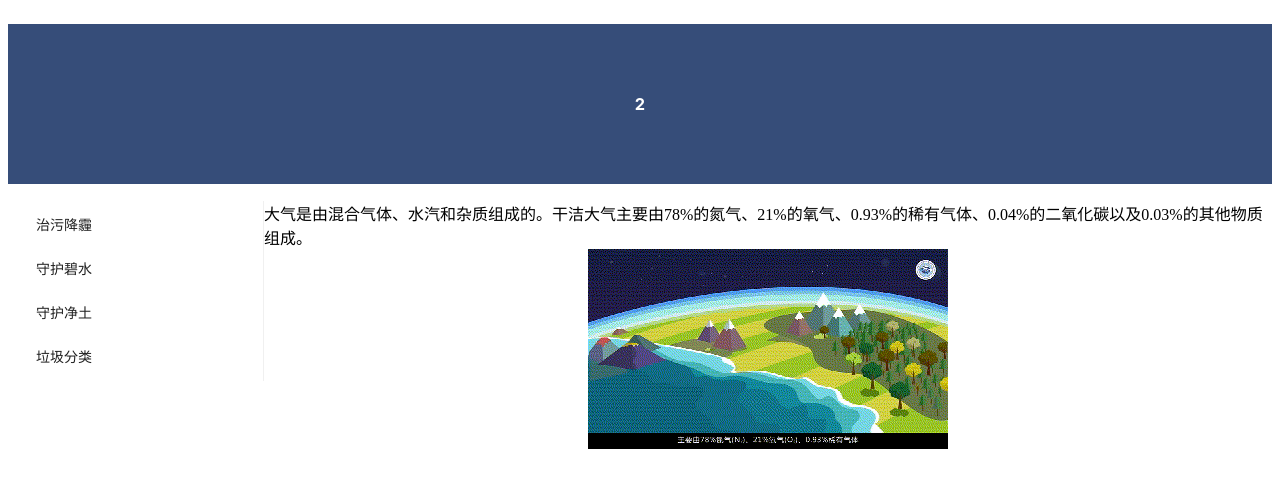
Repository: samllbin/summerWeb
Page: /
The author's editor kept a copy of each file at every save. The page is drawn from the files as they stood at one save, then again after the next save.
The browser window is 1280 px wide. The pictures show the whole page.
The project was rebuilt for these pictures with package versions that can differ from the ones it lists, and the page was loaded fresh each time. Also part of the build but not shown: vite.config.js, components/menu/config.js, components/article/index.module.css, components/article/index.jsx.

Above is the page before, as saved 2024-07-22 16:05:15.

After the next save:
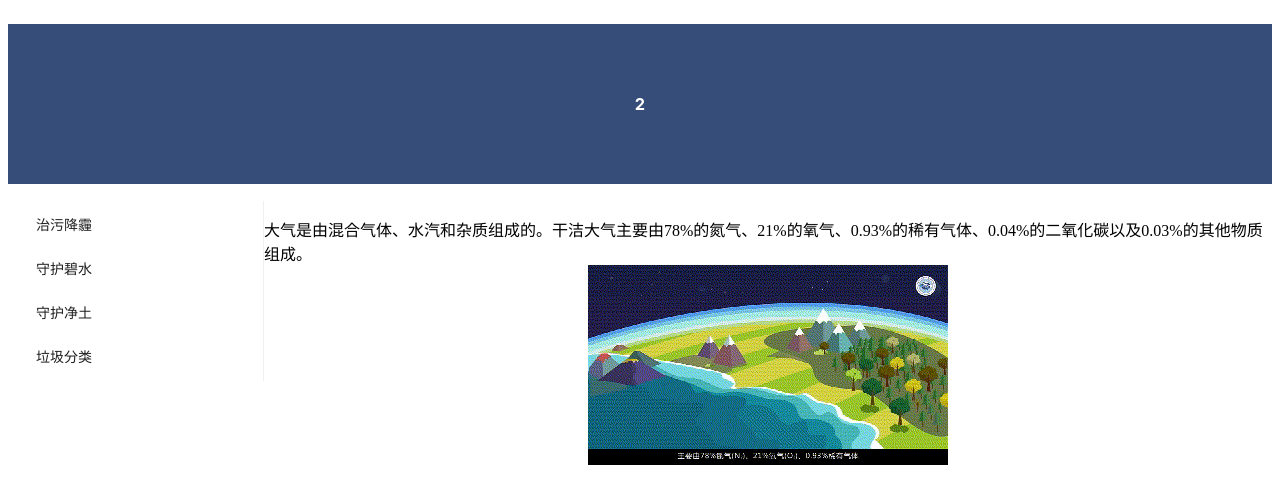
Saved 5 s later.
--- a/components/menu/MenuTab.jsx
+++ b/components/menu/MenuTab.jsx
@@ -12,7 +12,7 @@
     <div>
       <Menu
         onClick={onClick}
-        style={{ width: 256, marginBottom: 24 }}
+        style={{ width: 256, marginBottom: 100 }}
         defaultOpenKeys={["sub1"]}
         selectedKeys={[current]}
         mode="inline"

After the 2 saves that followed:
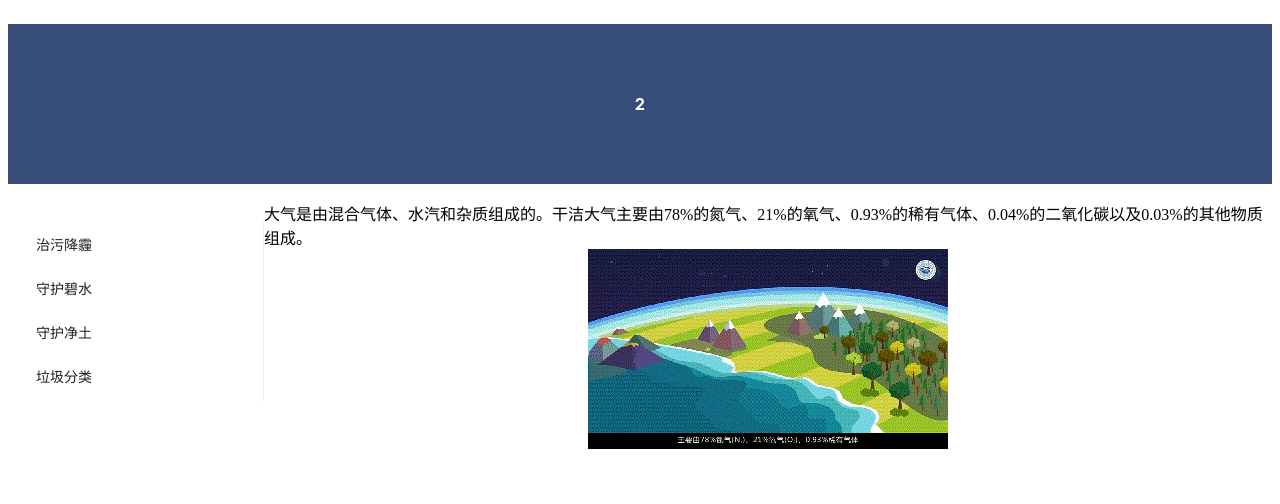
The 2 saves are shown as one change because they came seconds apart.
The last was saved 14 s later.
--- a/components/menu/MenuTab.jsx
+++ b/components/menu/MenuTab.jsx
@@ -12,7 +12,7 @@
     <div>
       <Menu
         onClick={onClick}
-        style={{ width: 256, marginBottom: 100 }}
+        style={{ width: 256, marginTop: 20 }}
         defaultOpenKeys={["sub1"]}
         selectedKeys={[current]}
         mode="inline"
